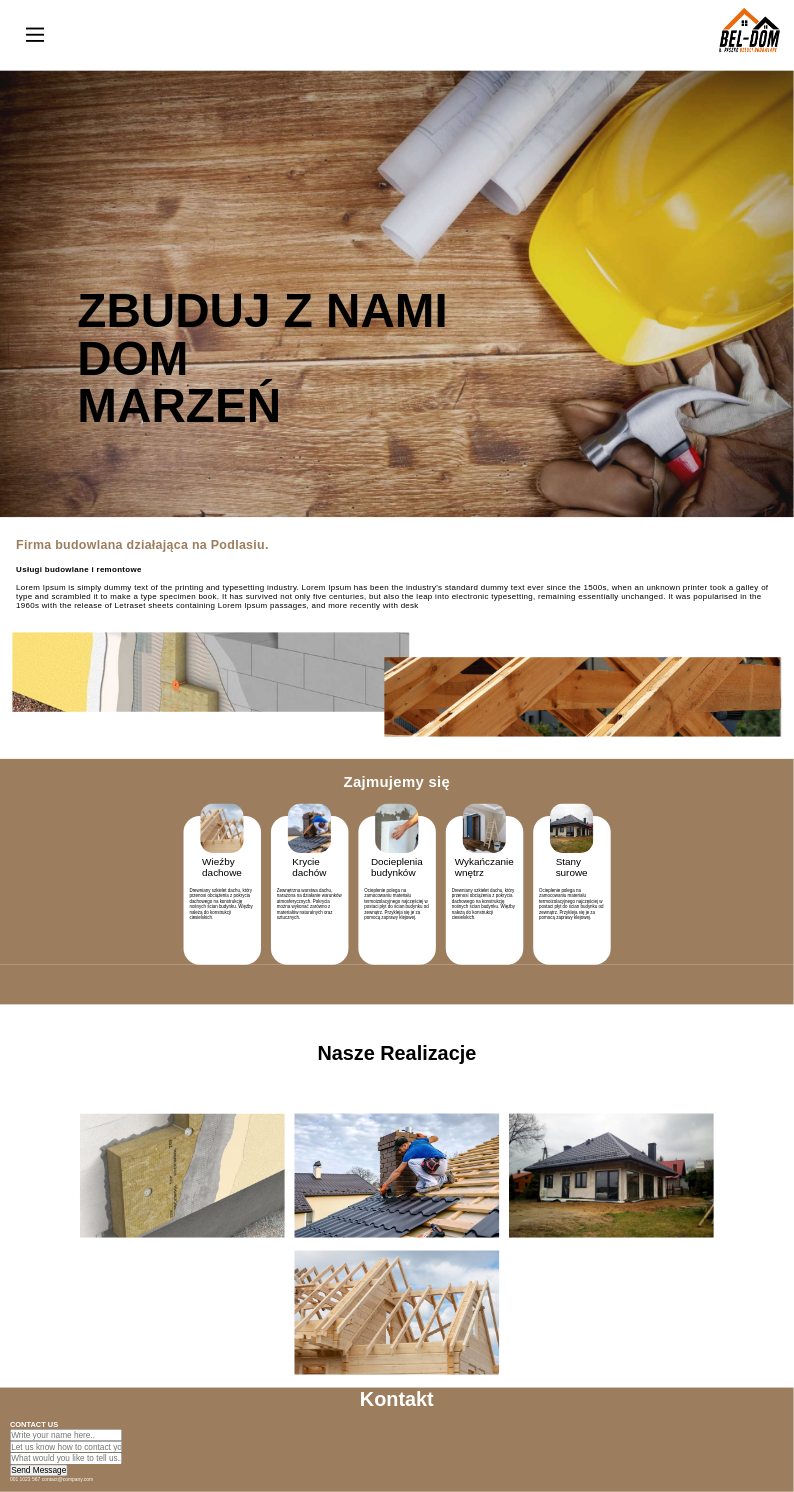
Repository: JakubPaszko2001/bel
Page: index.html
An editor plug-in stored every save of this project. The page is shown before and after the next save, followed by the edit.
The browser window is 1280 px wide. The pictures show the whole page, at 62% of full size.
Some web fonts or font styles are not loaded; a fallback is used.

Above is the page before, as saved 2022-03-05 16:31:35.

### index.html
<!DOCTYPE html>
<html lang="pl-PL">
<head>
    <meta charset="UTF-8">
    <meta http-equiv="X-UA-Compatible" content="IE=edge">
    <meta name="viewport" content="width=device-width, initial-scale=1.0">
    <title>BEL-DOM</title>
    <link rel="preconnect" href="https://fonts.googleapis.com">
    <link rel="preconnect" href="https://fonts.gstatic.com" crossorigin>
    <link href="https://fonts.googleapis.com/css2?family=Prompt:wght@300;400;700&display=swap" rel="stylesheet">
    <link rel="stylesheet" href="style.css">
    <link rel="stylesheet" href="lightbox.min.css">
    <script src="./js/lightbox-plus-jquery.min.js"></script>
</head>
<body>
<!-- HEADER -->
<header>
    <div class="container">
        <!-- SPAN -->
        <button class="hamburger">
            <span class="hamburger--menu">
                <span class="hamburger__inner"></span>
            </span>
        </button>
        <!-- LOGO -->
        <div class="header__logo">
            <img class="logo__pic" src="./images/logo.png" alt="logo">
        </div>
    </div>
</header>
<!-- MAIN -->
<main>
    <!-- NAV -->
    <div class="navigation">
        <ul class="navigation--list">
            <li class="navigation__item"><a href="#">jeden</a></li>
            <li class="navigation__item"><a href="#">dwa</a></li>
            <li class="navigation__item"><a href="#">trzy</a></li>
            <li class="navigation__item"><a href="#">cztery</a></li>
        </ul>
    </div>
    <!-- MAIN CONTAINER -->
    <div class="main--container">
        <div class="background__pic">
            <img src="./images/tlo1.png" alt="background">
        </div>
    <!-- TEXT ON IMG -->
        <h1 class="text">ZBUDUJ Z NAMI <br>DOM <br> MARZEŃ</h1>
    </div>
    <!-- TEXT -->
    <div class="main--text">
        <h1 class="main__text-h1">Firma budowlana działająca na Podlasiu.</h1>
        <h3 class="main__text-h3">Usługi budowlane i remontowe</h3>
        <h4 class="main__text-h4">Lorem Ipsum is simply dummy text of the printing and typesetting industry. Lorem Ipsum has been the industry's standard dummy text ever since the 1500s, when an unknown printer took a galley of type and scrambled it to make a type specimen book. It has survived not only five centuries, but also the leap into electronic typesetting, remaining essentially unchanged. It was popularised in the 1960s with the release of Letraset sheets containing Lorem Ipsum passages, and more recently with desk</h4>
    </div>
    <!-- PHOTOS -->
    <div class="main--photos">
        <img class="photo photo1" src="./images/docieplenie1.png" alt="photo2">
        <img class="photo photo2" src="./images/wiezby.png" alt="photo1">
    </div>
    <!-- CARDS -->
    <div class="cards--container">
        <h2 class="text-h2">Zajmujemy się</h2>
        <div class="cards--container__main">
            <div class="card">
                <div class="card-img">
                    <img class="card-img_style" src="./images/wiezby2.png" alt="wiezby">
                </div>
                <div class="card-title">
                    <div class="h1-title">Wieźby<br>dachowe</div>
                </div>
                <div class="card-text">
                    <div class="h1-text">Drewniany szkielet dachu, który przenosi obciążenia z pokrycia dachowego na konstrukcję nośnych ścian budynku. Więźby należą do konstrukcji ciesielskich.</div>
                </div>
            </div>
            <div class="card">
                <div class="card-img">
                    <img class="card-img_style" src="./images/krycie.png" alt="wiezby">
                </div>
                <div class="card-title">
                    <div class="h1-title">Krycie<br>dachów</div>
                </div>
                <div class="card-text">
                    <div class="h1-text">Zewnętrzna warstwa dachu, narażona na działanie warunków atmosferycznych. Pokrycia można wykonać zarówno z materiałów naturalnych oraz sztucznych.</div>
                </div>
            </div>
            <div class="card">
                <div class="card-img">
                    <img class="card-img_style" src="./images/docieplenie2.png" alt="wiezby">
                </div>
                <div class="card-title">
                    <div class="h1-title">Docieplenia<br>budynków</div>
                </div>
                <div class="card-text">
                    <div class="h1-text">Ocieplenie polega na zamocowaniu materiału termoizolacyjnego najczęściej w postaci płyt do ścian budynku od zewnątrz. Przykleja się je za pomocą zaprawy klejowej.</div>
                </div>
            </div>
            <div class="card">
                <div class="card-img">
                    <img class="card-img_style" src="./images/wnetrza.png" alt="wiezby">
                </div>
                <div class="card-title">
                    <div class="h1-title">Wykańczanie<br>wnętrz</div>
                </div>
                <div class="card-text">
                    <div class="h1-text">Drewniany szkielet dachu, który przenosi obciążenia z pokrycia dachowego na konstrukcję nośnych ścian budynku. Więźby należą do konstrukcji ciesielskich.</div>
                </div>
            </div>
            <div class="card">
                <div class="card-img">
                    <img class="card-img_style" src="./images/surowe.png" alt="wiezby">
                </div>
                <div class="card-title">
                    <div class="h1-title">Stany<br>surowe</div>
                </div>
                <div class="card-text">
                    <div class="h1-text">Ocieplenie polega na zamocowaniu materiału termoizolacyjnego najczęściej w postaci płyt do ścian budynku od zewnątrz. Przykleja się je za pomocą zaprawy klejowej.</div>
                </div>
            </div>
        </div>
    </div>
    <div class="brown"></div>
    <div class="realisation-text">
        <h1 class="realisation-h1">Nasze Realizacje</h1>
    </div>
    <div class="gallery">
        <a href="./images/docieplenie.png" data-lightbox="mygallery"><img class="gallery-img" src="./images/nazwa.png"></a>
        <a href="./images/krycie.png" data-lightbox="mygallery"><img class="gallery-img" src="./images/krycie.png"></a>
        <a href="./images/surowe.png" data-lightbox="mygallery"><img class="gallery-img" src="./images/surowe.png"></a>
        <a href="./images/wiezby2.png" data-lightbox="mygallery"><img class="gallery-img" src="./images/wiezby2.png"></a>
    </div>
    <div class="contact">
        <div class="contact-title">
            <h1>Kontakt</h1>
        </div>
        <div class="contact-text">
            <form class="form">
                <h2>CONTACT US</h2>
                <p type="Name:"><input placeholder="Write your name here.."></input></p>
                <p type="Email:"><input placeholder="Let us know how to contact you back.."></input></p>
                <p type="Message:"><input placeholder="What would you like to tell us.."></input></p>
                <button>Send Message</button>
                <div>
                  <span class="fa fa-phone"></span>001 1023 567
                  <span class="fa fa-envelope-o"></span> contact@company.com
                </div>
              </form>
        </div>
    </div>
</main>
<!-- JS -->
<script src="./js/script.js" type="text/javascript"></script>
</body>
</html>

### style.css
:root {
    /* WEIGHT */
    --ww-bold: 700;
    --ww-normal: 400;
    --ww-small: 300;
    /* COLORS */
    --color-orange: #EB680D;
    --color-white: #ffffff;
    --color-black: #000000;
    --color-brown: #9c7d5d;
    /* SPACING */
    --margin: 1.25em;
    --margin-left: 1.625em;
    /* FONT SIZE */
    --fs-12: 1.25em;
    --fs-10: 0.8em;

}
* {
    margin: 0;
    padding: 0;
    box-sizing: border-box;
    font-family: 'Prompt', sans-serif;
    /* font-family: Arial, Helvetica, sans-serif; */
}
img {
    width: 100%;
    object-fit: cover;
}
.logo__pic {
    width: 6.875em;
    height: 6.875em;
}
.container {
    display: flex;
    margin: 0 var(--margin);
    justify-content: space-between;
    align-items: center;
}
.hamburger {
    padding: var(--margin-left);
    display: inline-block;
    cursor: pointer;
    background: transparent;
    border: 0;
    margin: 0;
}
.hamburger--menu  {
    width: 2.1875em;
    height: var(--margin);
    display: inline-block;
    position: relative;
}
.hamburger__inner {
    z-index: 999;
    width: 100%;
    height: 3px;
    background-color: black;
    position: absolute;
    left: 0;
    top: 50%;
    transform: translateY(-50%);
    transition: background-color 0.1s 0.2s ease-in-out;
}
.hamburger__inner::before,
.hamburger__inner::after {
    content: '';
    width: 100%;
    height: 3px;
    background-color: var(--color-black);
    position: absolute;
    left: 0;
    transition: transform 0.2s 0.2s ease-in-out;

}
.hamburger__inner::before {
    /* transform: translateY(-10px); */
    top: -10px;
}
.hamburger__inner::after {
    /* transform: translateY(10px); */
    top: 10px;
}
.hamburger--active .hamburger__inner {
    background-color: transparent;
}
.hamburger--active .hamburger__inner::before {
    transform: translateY(10px) rotate(45deg);
    background-color: var(--color-orange);
}
.hamburger--active .hamburger__inner::after {
    transform: translateY(-10px) rotate(-45deg);
    background-color: var(--color-orange);
}
.navigation {
    position: absolute;
    top: 0;
    left: 0;
    width: 10.9375em;
    height: 100vh;
    background-color: var(--color-black);
    display: flex;
    flex-direction: column;
    align-items: center;
    transform: translateX(-200px);
    transition: transform 0.3s 0.1s ease-in-out;
    z-index: 100;
}
.navigation--active {
    transform: translateX(0px);
}
.navigation--list {
    list-style: none;
}
.navigation__item {
    margin-bottom: 2.5em;
}
li:first-child {
    margin-top: 9.375em;
}
a {
    text-decoration: none;
    color: var(--color-orange);
    font-size: var(--margin);
}
.main--container {
    position: relative;
    z-index: 1;
}
.text {
    position: absolute;
    bottom: 20%;
    margin-left: var(--margin-left);
    line-height: 1em;
    font-size: 6vw;
    font-weight: var(--ww-bold);
}
.main--text {
    letter-spacing: 0.5px;
    margin: 0 var(--margin-left);
}
.main__text-h1 {
    margin-top: 1.5em;
    margin-bottom: 1.0em;
    font-size: var(--fs-12);
    font-weight: var(--ww-bold);
    color: var(--color-brown);

}
.main__text-h3 {
    font-size: var(--fs-10);
    font-weight: var(--ww-bold);
    margin-bottom: 1em;
}
.main__text-h4 {
    font-size: var(--fs-10);
    font-weight: var(--ww-normal);
}
.main--photos {
    display: flex;
    justify-content: center;
    align-items: center;
    position: relative;
    width: 100%;
    /* border: violet solid; */
    height: 15em;
}
.photo {
    width: 100%;
    height: 8em;
}
.photo1 {
    transform: translate(20px,-20px);
}
.photo2 {
    transform: translate(-20px,20px);
}
.cards--container {
    background: var(--color-brown);
    /* height: 100vh; */
}

.text-h2 {
    padding-top: 1em;
    color: var(--color-white);
    text-align: center;
    letter-spacing: 0.5px;
    padding-bottom: 1.25em;
    /* border: violet solid; */
}
.cards--container__main {
    display: flex;
    flex-wrap: wrap;
    width: 100%;
    justify-content: center;
    align-items: center;
    gap: 1em;
}
.card {
    display: flex;
    flex-direction: column;
    position: relative;
    height: 15em;
    width: 7.8125em;
    /* height: 300px;
    width: 175px; */
    background-color: var(--color-white);
    border-radius: 1.625em;
    margin-top: 0.625em;
}
.card-img {
    display: flex;
    height: 3.75em;
    justify-content: center;
    /* border: black solid; */

}
.card-img_style {
    width: 4.375em;
    height: 5em;
    border-radius: 1.3125em;
    position: absolute;
    top: -20px;
}
.card-title {
    height: 3.125em;
    width: 100%;
    margin-top: 5px;
    /* border: yellow solid; */
}
.h1-title {
    display: flex;
    justify-content: center;
    align-items: center;
    font-weight: var(--ww-normal);
}
.card-text {
    width: 100%;
    height: 100px;
    display: flex;
    flex-wrap: nowrap;
    /* border: green solid; */
}
.h1-text {
    font-size: 0.45em;
    font-weight: var(--ww-normal);
    padding: 0px 10px 10px 10px;
}
.brown {
    display: flex;
    width: 100%;
    height: 4em;
    background-color: var(--color-brown);
}
.realisation-text {
    display: flex;
    justify-content: center;
    align-items: center;
    height: 10em;
}
.gallery {
    display: flex;
    justify-content: center;
    align-items: center;
    flex-wrap: wrap;
    gap: 1em;
    padding: 1em 1em;
}
.gallery-img {
    width: 330px;
    height: 200px;
}
.contact {
    background-color: var(--color-brown);
    display: flex;
    flex-direction: column;
    color: var(--color-white);
}
.contact-title {
    display: flex;
    justify-content: center;
    align-items: center;
}
.contact-text {
    margin: 2em;
    font-size: 0.5em;
    font-weight: 100;
}
.contact-style {
    margin-bottom: 0.3em;
}
.contact-container{

}

### js/script.js
const hamburger = document.querySelector('.hamburger');
const Click = () => {
    hamburger.classList.toggle('hamburger--active');
}
hamburger.addEventListener('click',Click);

Loaded but not shown: lightbox.min.css (common file); js/lightbox-plus-jquery.min.js (library)

After the next save:
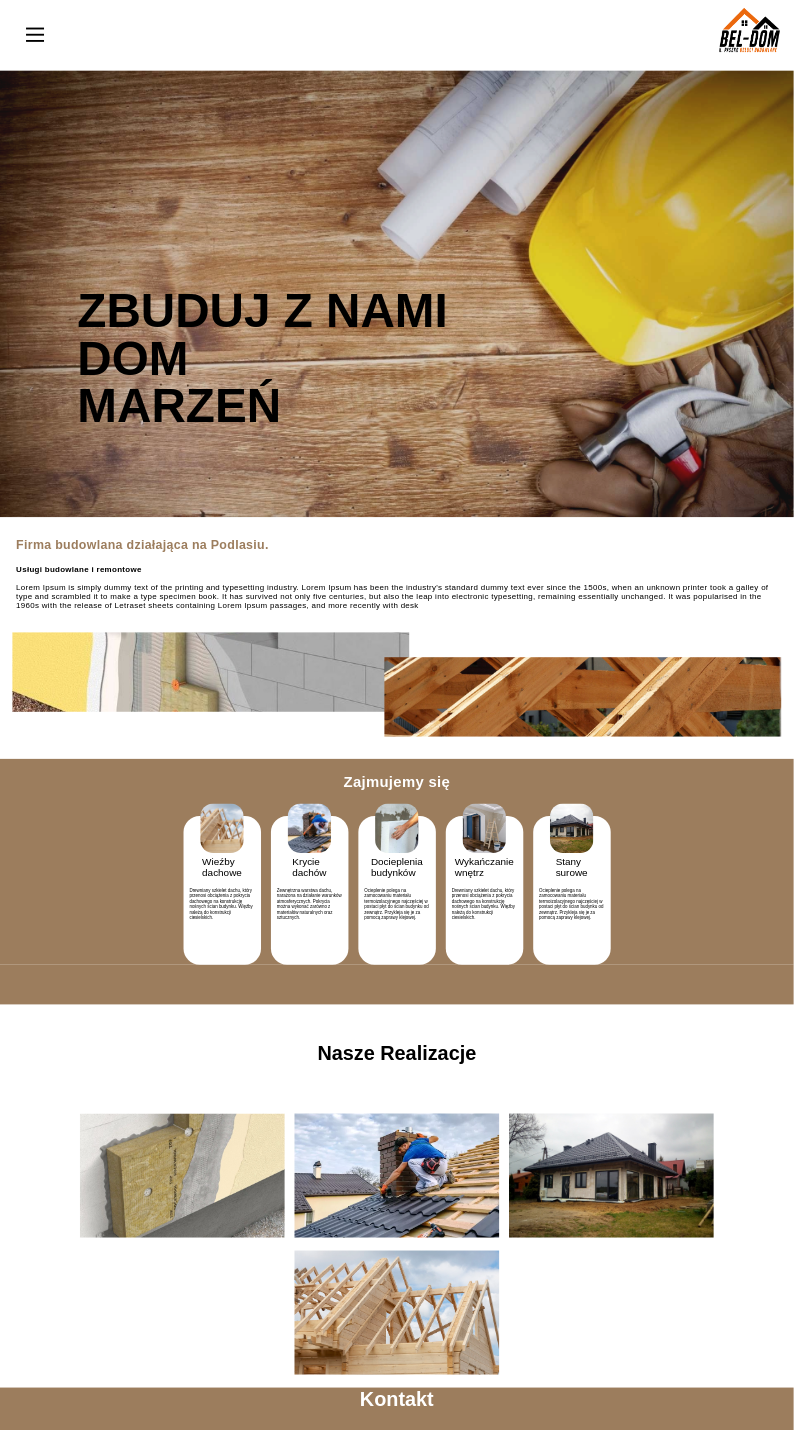
Saved 29 s later.
--- a/index.html
+++ b/index.html
@@ -134,17 +134,6 @@
             <h1>Kontakt</h1>
         </div>
         <div class="contact-text">
-            <form class="form">
-                <h2>CONTACT US</h2>
-                <p type="Name:"><input placeholder="Write your name here.."></input></p>
-                <p type="Email:"><input placeholder="Let us know how to contact you back.."></input></p>
-                <p type="Message:"><input placeholder="What would you like to tell us.."></input></p>
-                <button>Send Message</button>
-                <div>
-                  <span class="fa fa-phone"></span>001 1023 567
-                  <span class="fa fa-envelope-o"></span> contact@company.com
-                </div>
-              </form>
         </div>
     </div>
 </main>
